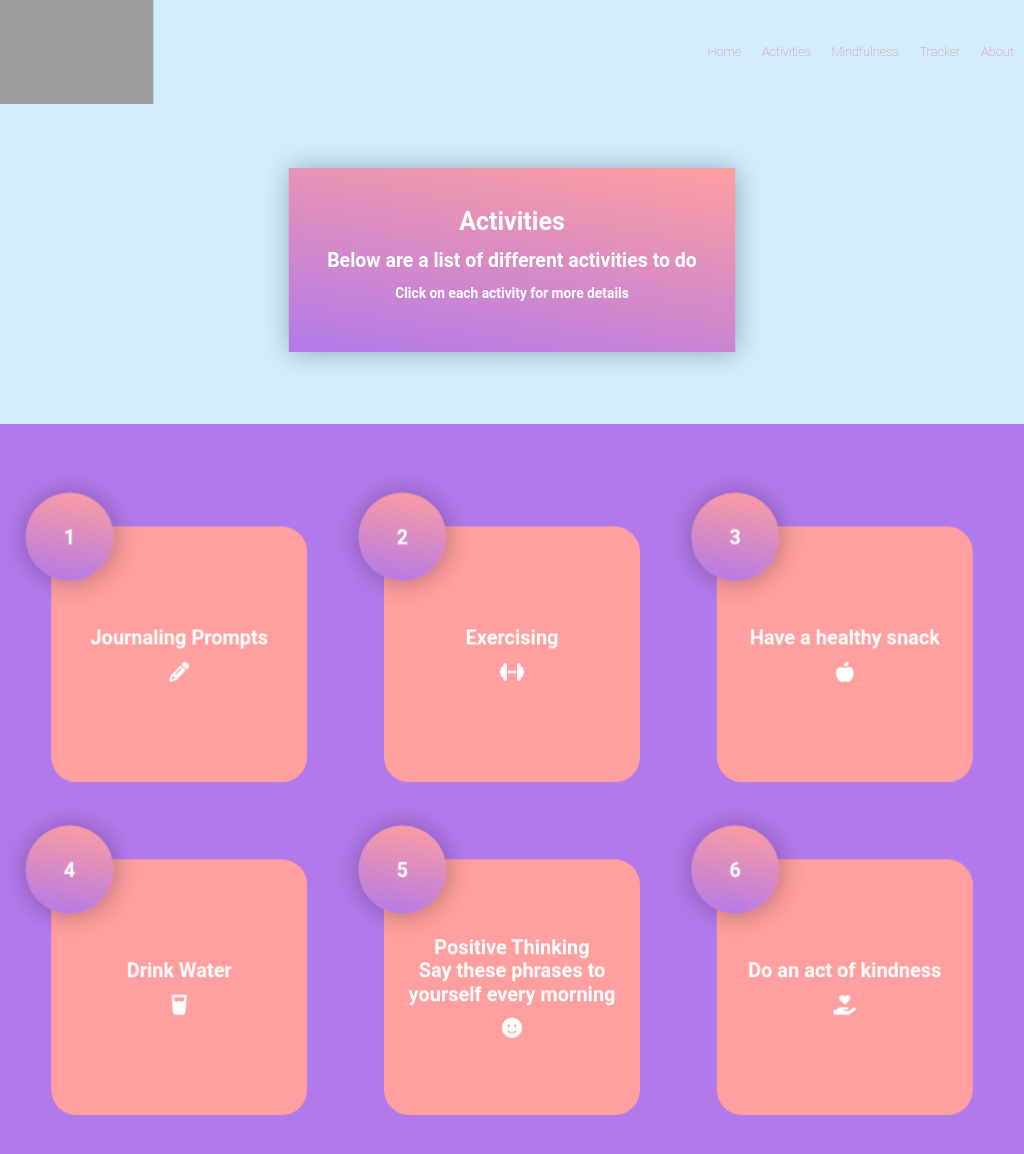
Repository: Nafisa-Huda/HealthierMind
Page: public/activities.html
An editor plug-in stored every save of this project. The page is shown before and after the next save, followed by the edit.
The browser window is 1280 px wide. The pictures show the whole page, at 80% of full size.
Pictures or frames that could not be fetched are drawn as grey boxes. Some web libraries are served in a nearby version.

Above is the page before, as saved 2022-07-13 15:16:03.

After the next save:
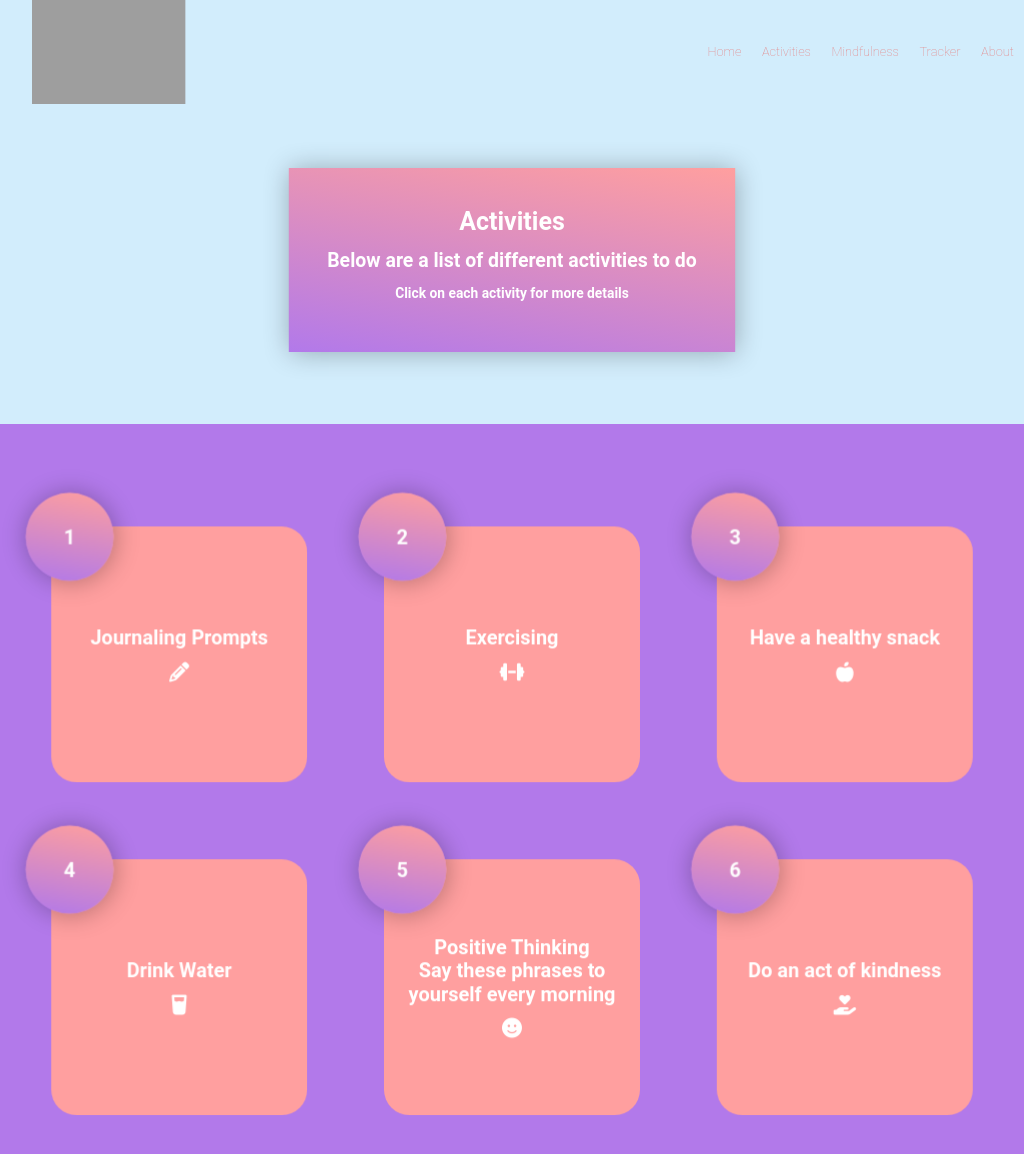
Saved 43 s later.
--- a/public/style.css
+++ b/public/style.css
@@ -85,7 +85,8 @@ header{
 .logo {
   width: 15%;
   height: 100%;
-
+  margin-left: 2.5rem;
+  margin-right: 1rem;
 }
 
 .nav {
